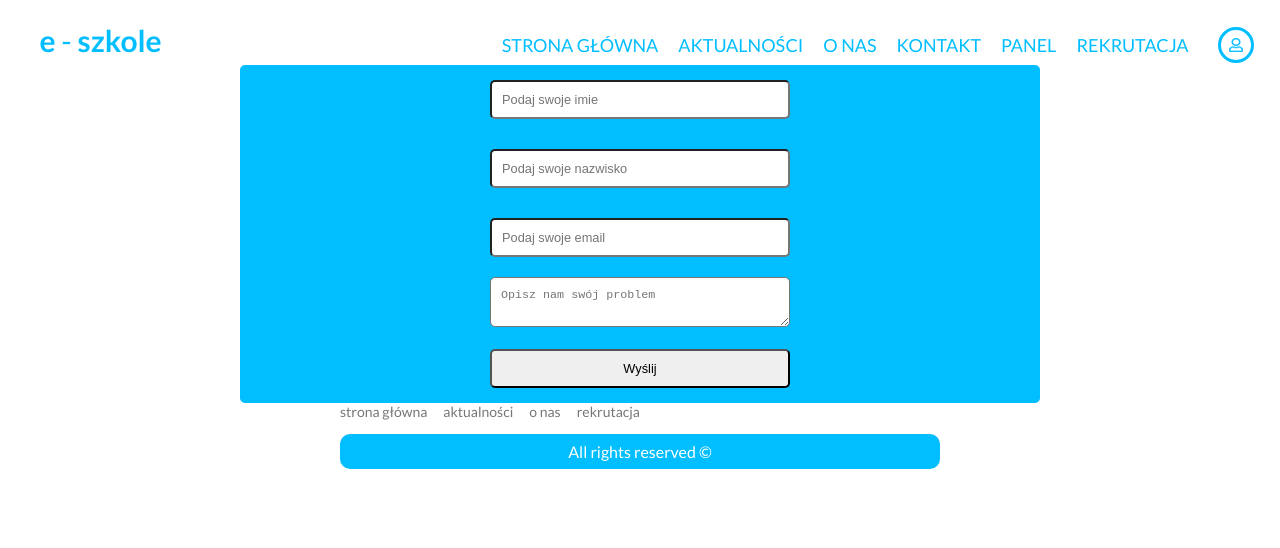
Repository: Votex874/e-szkole
Page: /kontakt (app in app/)
An editor plug-in stored every save of this project. The page is shown before and after the next save, followed by the edit.
The browser window is 1280 px wide. The pictures show the whole page.
The project was rebuilt for these pictures with package versions that can differ from the ones it lists, and the page was loaded fresh each time. Also part of the build but not shown: app/src/components/News/Title/index.js, app/src/components/News/Content/index.js, app/src/components/News/Avatar/index.js, app/src/components/News/Footer/index.js, app/src/components/SectionTitle/index.js, app/src/components/News/index.js, app/src/components/AboutUs/Content/index.js, app/src/components/AboutUs/index.js and 21 more.

Above is the page before, as saved 2019-03-11 10:02:56.

### app/src/index.js
import React from 'react';
import ReactDOM from 'react-dom';
import App from './App';
import * as serviceWorker from './serviceWorker';
import { createStore } from 'redux';
import { Provider } from 'react-redux';
import rootReducer from './reducers/rootReducer'

const store = createStore(rootReducer);

ReactDOM.render(<Provider store={store}><App /></Provider>, document.getElementById('root'));

// If you want your app to work offline and load faster, you can change
// unregister() to register() below. Note this comes with some pitfalls.
// Learn more about service workers: http://bit.ly/CRA-PWA
serviceWorker.unregister();

### app/src/App.js
import React, { Component } from 'react';
import { Route, BrowserRouter, Switch } from 'react-router-dom'
import './reset.scss'

import Home from './containers/Home/index'
import Login from './containers/Login/index'
import Contact from './containers/Contact/index'
import News from './containers/News/index'
import About from './containers/About/index'
import Recruitment from './containers/Recruitment/index'

class App extends Component {
  render() {
    return (
      <BrowserRouter>
        <Switch>
          <Route exact path='/' component={Home} />
          <Route path='/login' component={Login} />
          <Route path='/kontakt' component={Contact} />
          <Route path='/blog' component={News} />
          <Route path='/o-nas' component={About} />
          <Route path='/rekrutacja' component={Recruitment} />
        </Switch>
      </BrowserRouter>
    );
  }
}

export default App;

### app/src/reset.scss
html, body, div, span, applet, object, iframe,
h1, h2, h3, h4, h5, h6, p, blockquote, pre,
a, abbr, acronym, address, big, cite, code,
del, dfn, em, img, ins, kbd, q, s, samp,
small, strike, strong, sub, sup, tt, var,
b, u, i, center,
dl, dt, dd, ol, ul, li,
fieldset, form, label, legend,
table, caption, tbody, tfoot, thead, tr, th, td,
article, aside, canvas, details, embed,
figure, figcaption, footer, header, hgroup,
menu, nav, output, ruby, section, summary,
time, mark, audio, video {
	margin: 0;
	padding: 0;
	border: 0;
	font-size: 100%;
	font: inherit;
	vertical-align: baseline;
}
/* HTML5 display-role reset for older browsers */
article, aside, details, figcaption, figure,
footer, header, hgroup, menu, nav, section {
	display: block;
}
body {
	line-height: 1;
}
ol, ul {
	list-style: none;
}
blockquote, q {
	quotes: none;
}
blockquote:before, blockquote:after,
q:before, q:after {
	content: '';
	content: none;
}
table {
	border-collapse: collapse;
	border-spacing: 0;
}
@import url('https://fonts.googleapis.com/css?family=Lato:300,300i,400,400i,700&amp;subset=latin-ext');

 body {
	font-family: 'Lato', sans-serif;
 }

 a{
	 text-decoration: none;
 }

### app/src/containers/Contact/index.js
import React, { Component } from 'react'

import HeaderMain from '../../components/HeaderMain/index';
import Footer from '../../components/Footer/index'
import Form from '../../components/Form/index'

class Contact extends Component {
  render(){
    return (
      <React.Fragment>
        <HeaderMain />
        <Form />
        <Footer />
      </React.Fragment>
    )
  }
}

export default Contact

### app/src/components/HeaderMain/index.js
import React, { Component } from 'react';
import styled from 'styled-components'
import Logo from '../Logo/index'
import Navigation from '../Nav/index'
import Hamburger from '../Hamburger/index'

const Header = styled.header`
 max-width: 1400px;
 height: 100px;
 margin: 0 auto;
 display: flex;
 justify-content: space-between;
 align-items: center;
 box-sizing: border-box;
 margin-top: 15px;
 @media (max-width: 1400px){
   width: 96%;
   height: 50px;
   align-items: center;
 }
`

class HeaderMain extends Component {
  constructor(props){
    super(props)

    this.state = {
      width: 0
    }
  }

  componentDidMount = () => {
    this.updateWindowDimensions();
    window.addEventListener('resize', this.updateWindowDimensions);
  }

  componentWillUnmount = () => {
    window.removeEventListener('resize', this.updateWindowDimensions);
  }

  updateWindowDimensions = () => {
    this.setState({ width: window.innerWidth });
  }

  render() {
    const { width } = this.state;
    return (
      <Header>
        <Logo />
        { width <= 767 ? <Hamburger /> : <Navigation /> }
      </Header>
    );
  }
}

export default HeaderMain;

### app/src/components/Footer/index.js
import React, { Component } from 'react'
import styled from 'styled-components'
import FooterNav from './FooterNav/index'
import { lightBlue } from '../../constColors'

const FooterContainer = styled.footer`
  width: 600px;
  margin: 0 auto;
  @media (max-width: 767px){
    width: 100%;
  }
`

const FooterBanner = styled.div`
  background-color: ${lightBlue};
  display: flex;
  justify-content: center;
  align-items: center;
  color: #fff;
  margin: 15px auto;
  height: 35px;
  border-radius: 10px;
  @media (max-width: 767px){
    width: 100%;
    border-radius: 0;
  }
`

class Footer extends Component {
  render(){
    return (
      <FooterContainer>
        <FooterNav />
        <FooterBanner>All rights reserved &copy; </FooterBanner>
      </FooterContainer>
    )
  }
}


export default Footer

### app/src/components/Form/index.js
import React, { Component } from 'react'
import styled from 'styled-components'

import Input from './Input/index'
import Textarea from './Textarea/index'
import { lightBlue } from '../../constColors'

const FormContainer = styled.form`
  display: flex;
  flex-direction: column;
  width: 800px;
  margin: 0 auto;
  background-color: ${lightBlue};
  border-radius: 5px;
  @media (max-width: 767px){
    width: 90%;
  }
`

class Form extends Component{
  constructor(props){
    super(props)

    this.state = {
      name: '',
      surname: '',
      email: '',
      content: '',
      formFields: [
        {
          name: 'name',
          type: 'text',
          value: '',
          placeholder: 'Podaj swoje imie',
          onChange: this.handleChangeName
        },
        {
          name: 'surname',
          type: 'text',
          value: '',
          placeholder: 'Podaj swoje nazwisko',
          onChange: this.handleChangeSurName
        },
        {
          name: 'email',
          type: 'email',
          value: '',
          placeholder: 'Podaj swój email',
          onChange: this.handleChangeEmail
        }
      ]
    }
  }

  handleChange = e => {
    this.setState({ [e.target.name]: e.target.value })
  }

  render(){
    const { name, surname, email, content } = this.state
    return (
      <FormContainer>
        <Input name="name" type="text" placeholder='Podaj swoje imie'
          onChange={this.handleChange}
          value={name} />
        <Input name="surname" type="text" placeholder='Podaj swoje nazwisko'
          onChange={this.handleChange}
          value={surname} />
        <Input name="email" type="email" placeholder='Podaj swoje email'
          onChange={this.handleChange}
          value={email} />
        <Textarea name="content" placeholder="Opisz nam swój problem"
          onChange={this.handleChange}
          value={content} />
        <Input type="submit" value="Wyślij" />
      </FormContainer>
    )
  }
}

export default Form

### app/src/components/Logo/index.js
import React, { Component } from 'react';
import styled from 'styled-components'
import { shineOnHover, lightBlue } from '../../constColors'
import { Link } from 'react-router-dom'

const Alink = styled.span`
  display: flex;
  flex-direction: column;
  justify-content: center;
  align-items: center;
  width: 225px;
  padding: 0 10px;
  text-decoration: none;
  font-size: 50px;
  @media (max-width: 767px) {
    width: 150px;
    height: auto;
    font-size: 28px;
    align-items: flex-start;
    justify-content: flex-start;
    padding: 0;
  }
  @media (min-width: 768px) and (max-width: 1400px) {
    width: 150px;
    font-size: 30px;
    padding: 0;
  }
  @media (min-width: 1401px){
    ${shineOnHover}
  }
`
const Span = styled.h1`
  color: ${lightBlue};
  transition: .2s;
`
const Bold = styled.b`
  font-weight: bold;
`

class Logo extends Component {
  constructor(props){
    super(props)

    this.state = {
      logoLink: '/'
    }
  }
  render() {
    const { logoLink } = this.state;
    return (
      <Link to={logoLink}>
        <Alink>
          <Span id='logo' className="logo2"><Bold>e</Bold> - <Bold>szkole</Bold></Span>
        </Alink>
      </Link>
    );
  }
}

export default Logo;

### app/src/components/Nav/index.js
import React, { Component } from 'react';
import { connect } from 'react-redux'
import styled from 'styled-components'
import SingleLink from './Link/index'
import LoginButton from './../LoginButton/index';


const Nav = styled.nav`
  display: flex;
  margin: 10px 20px 0 auto;
  @media (max-width: 767px){
    flex-direction: column;
    margin: 120px 0 0 0;
  }
`

class Navigation extends Component {

  render() {
    const { links } = this.props;
    let listOfLinks = [];
    let i = 0;
    for (const key of Object.keys(links)) {
      // console.log(key, links[key]);
      listOfLinks[i] = <SingleLink data={links[key]} key={key} />
      i++;
    }
    return (
      <React.Fragment>
        <Nav>
          {listOfLinks}
        </Nav>
        <LoginButton />
      </React.Fragment>
    );
  }
}

const mapStateToProps = (state) => {
  return {
    links: state.links
  }
}

export default connect(mapStateToProps)(Navigation);

### app/src/components/Hamburger/index.js
import React, { Component } from 'react';
import styled from 'styled-components'
import hamburgerImg from '../../images/icons/hamburger.png'
import times from '../../images/icons/times.png'
import Navigation from '../Nav/index'

const Hamburger = styled.div`
  width: 40px;
  height: 40px;
`

const HamburgerImg = styled.img`
  width: 100%;
  height: 100%;
  opacity: 1;
  transition: .4s;
  position: relative;
  z-index: 10;
`

const MobileContainer = styled.div`
  position: absolute;
  display: flex;
  flex-direction: column-reverse;
  top: 0;
  left: 0;
  width: 100vw;
  height: 100vh;
  background-color: #fff;
  opacity: .9;
  z-index: 1;
  transition: .3s;
`

class Hambuger extends Component {
  constructor(props){
    super(props)

    this.body = document.querySelector('body');

    this.state = {
      imgAlt: 'hamburgerMenuIcon',
      imgSrc: hamburgerImg,
      fade: 1,
      displayMobile: 'none'
    }
  }

  handleHamburger = () => {
    const { imgSrc } = this.state;
    setTimeout( () => {
      if (imgSrc !== hamburgerImg) {
        this.body.style.overflow = "auto";
        this.setState({
          imgSrc: hamburgerImg,
          displayMobile: 'none',
          fade: 1
        })
      } else {
        this.body.style.overflow = "hidden";
        this.setState({
          imgSrc: times,
          displayMobile: 'block',
          fade: 1
        })
      }
    }, 400)
    this.setState({
      fade: 0
    })
  }

  render() {
    const { imgAlt, imgSrc, fade, displayMobile } = this.state
    return (
      <Hamburger>
        <HamburgerImg style={{opacity: fade}} src={imgSrc} alt={imgAlt} onClick={this.handleHamburger}/>
        <MobileContainer style={{display: displayMobile}}>
          <Navigation />
        </MobileContainer>
      </Hamburger>
    );
  }
}


export default Hambuger;

### app/src/components/Footer/FooterNav/index.js
import React, { Component } from 'react'
import styled from 'styled-components'
import NavLink from './NavLink/index'
import { connect } from 'react-redux'

const NavContainer = styled.nav`
  display: flex;
  justify-content: space-between;
  width: 50%;
  @media (max-width: 767px){
    width: 90%;
    margin: 0 auto;
  }
`

class FooterNav extends Component {
  constructor(props){
    super(props)

    this.state = {
      nav: []
    }
  }
  componentDidMount = () => {
    const { links } = this.props
    let listOfNavs = [];
    let i = 0;
    for (const key of Object.keys(links)) {
      if(links[key].basic === 'true'){
        listOfNavs[i] =
          <NavLink name={links[key].name} url={links[key].url} key={key} />
        i++;
      }
    }
    this.setState({
      nav: listOfNavs
    })
  }

  render(){
    const { nav } = this.state;
    return(
      <NavContainer>
        {nav}
      </NavContainer>
    )
  }
}

const mapStateToProps = (state) => {
  return {
    links: state.links
  }
}

export default connect(mapStateToProps)(FooterNav);

### app/src/constColors.js
const brown = '#BF5000';
const greenDark = '#008723';
const greenLight = '#34BD56';
const lightBlue = '#00BEFF';
const turquoise = '#fff';
const darkBlue = '#0057AE';

const shineOnHover = `
position: relative;
    overflow: hidden;
    display: inline-block;
    border-radius: 5px;
    text-align: center;
    line-height: 50px;

  &:after {
    content: "";
    position: absolute;
    top: -110%;
    left: -210%;
    width: 200%;
    height: 200%;
    opacity: 0;
    /* transform: rotate(30deg); */

    background: rgba(0, 190, 255, 0.13);
    background: linear-gradient(
      to right,
      rgba(0, 190, 255, 0.13) 0%,
      rgba(0, 190, 255, 0.13) 77%,
      rgba(0, 190, 255, 0.5) 92%,
      rgba(0, 190, 255, 0.0) 100%
    );
  }

  &:hover:after {
    opacity: 1;
    top: -30%;
    left: -30%;
    transition-property: left, top, opacity;
    transition-duration: 0.7s, 0.7s, 0.15s;
    transition-timing-function: ease;
  }


  &:active:after {
    opacity: 0;
  }
`

export { brown, greenLight, greenDark, lightBlue, shineOnHover, turquoise, darkBlue }

### app/src/components/Form/Input/index.js
import React, { Component } from 'react'
import styled from 'styled-components'

const LabelElement = styled.label`
  width: 300px;
  margin: 10px auto;
  padding: 5px 0;
  @media (max-width: 767px){
    width: 240px;
  }
`

const InputElement = styled.input`
  width: 100%;
  box-sizing: border-box;
  margin: 0 auto;
  padding: 10px;
  font-size: 80%;
  border-radius: 5px;
`

class Input extends Component {
  render() {
    const { type, name, value, placeholder, onChange } = this.props
    return (
      <LabelElement>
        <InputElement type={type} name={name} onChange={onChange} value={value} placeholder={placeholder} />
      </LabelElement>
    )
  }
}

export default Input

### app/src/components/Form/Textarea/index.js
import React, { Component } from 'react'
import styled from 'styled-components'

const LabelElement = styled.label`
  width: 300px;
  margin: 5px auto;
  @media (max-width: 767px){
    width: 240px;
  }
`

const TextareaElement = styled.textarea`
  width: 100%;
  box-sizing: border-box;
  margin: 0 auto;
  padding: 10px;
  font-size: 90%;
  border-radius: 5px;
`

class Textarea extends Component {
  render() {
    const { name, value, placeholder, onChange } = this.props
    return (
      <LabelElement>
        <TextareaElement name={name} onChange={onChange} value={value} placeholder={placeholder} />
      </LabelElement>
    )
  }
}

export default Textarea

### app/src/components/Nav/Link/index.js
import React from 'react';
import styled from 'styled-components'
import { shineOnHover, lightBlue } from '../../../constColors'
import { Link } from 'react-router-dom'

const Alink = styled.span`
  text-decoration: none;
  color: ${lightBlue};
  margin: 10px 0;
  padding: 0 12px;
  font-size: 20px;
  text-transform: uppercase;
  text-align: center;

  @media (max-width: 767px){
    font-size: 24px;
    display: flex;
    justify-content: center;
    align-items: center;
  }
  @media (min-width: 768px) and (max-width: 1050px){
    font-size: 14px;
    margin: 10px 0;
    padding: 4px;
  }
  @media (min-width: 1051px) and (max-width: 1400px){
    font-size: 18px;
    margin: 10px 0;
    padding: 0 10px;
  }
  @media (min-width: 1401px){
    ${shineOnHover}
}
`

const SingleLink = ({ data }) => {
  const handleClick = () => {
    document.querySelector('body').style.overflow = "auto";
  }
  return (
    <Link onClick={handleClick} to={data.url}>
      <Alink>
        {data.name}
      </Alink>
    </Link>
  )
}

export default SingleLink;

### app/src/components/LoginButton/index.js
import React, { Component } from 'react';
import styled from 'styled-components'
import imgUser from '../../images/icons/loginUser.png'
import { shineOnHover, lightBlue } from '../../constColors'
import { Link } from 'react-router-dom'

const ButtonAlink = styled.span`
  width: 160px;
  height: 30px;
  font-size: 14px;
  text-transform: uppercase;
  font-weight: bold;
  text-decoration: none;
  display: flex;
  justify-content: center;
  align-items: center;
  border-radius: 20px;
  border: 3px solid ${lightBlue};
  margin-top: 10px;
  @media (max-width: 767px){
    position: absolute;
    top: 15px;
    left: 10px;
    width: 220px;
    height: 40px;
    font-size: 24px;
  }
  @media (min-width: 768px) and (max-width: 1400px){
    width: 30px;
  }
  @media (min-width: 1401px){
    ${shineOnHover}
    border-radius: 20px;
    line-height: normal;
    display: flex;
  }
`

const IconImg = styled.img`
  background-position: center;
  background-size: cover;
  background-repeat: no-repeat;
  margin-left: 15px;
  width: 14px;
  height: 14px;
  @media (max-width: 767px){
    width: 26px;
    height: 26px;
  }
  @media (min-width: 768px) and (max-width: 1400px){
    margin-left: 0;
  }
`
const SpanText = styled.span`
  color: ${lightBlue};
  @media (min-width: 768px) and (max-width: 1400px){
    display: none;
  }
`

class LoginButton extends Component {
  constructor(props){
    super(props)

    this.state = {
      loginLink: '/login'
    }
  }

  handleEnableScroll = () => {
    document.querySelector('body').style.overflow = "auto";
  }

  render() {
    const { loginLink } = this.state;
    return (
      <Link onClick={this.handleEnableScroll} to={loginLink} >
        <ButtonAlink>
          <SpanText>zaloguj się</SpanText>
          <IconImg src={imgUser} />
        </ButtonAlink>
      </Link>
    );
  }
}

export default LoginButton;

### app/src/components/Footer/FooterNav/NavLink/index.js
import React from 'react'
import styled from 'styled-components'
import { Link } from 'react-router-dom'

const Alink = styled.span`
  text-decoration: none;
  font-size: 14px;
  color: #777;
  @media (max-width: 767px){
    font-size: 12px;
  }
  @media (min-width: 768px) and (max-width: 1400px){
    font-size: 14px;
  }
`


const NavLink = ({ name, url }) => {
  return (
    <Link to={url}>
      <Alink>{name}</Alink>
    </Link>
  )
}

export default NavLink

Loaded but not shown: app/public/index.html (common file); app/src/serviceWorker.js (common file); app/src/reducers/rootReducer.js (169 lines, source omitted)

After the next save:
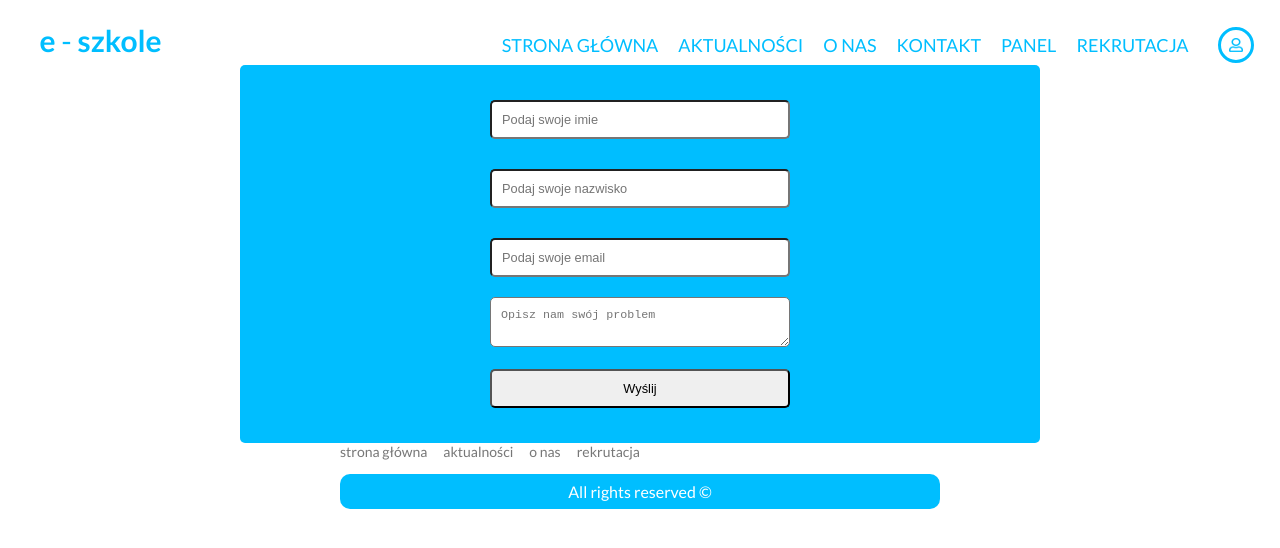
Saved 12 s later.
--- a/app/src/components/Form/index.js
+++ b/app/src/components/Form/index.js
@@ -12,6 +12,8 @@ const FormContainer = styled.form`
   margin: 0 auto;
   background-color: ${lightBlue};
   border-radius: 5px;
+  box-sizing: border-box;
+  padding: 20px 0;
   @media (max-width: 767px){
     width: 90%;
   }
